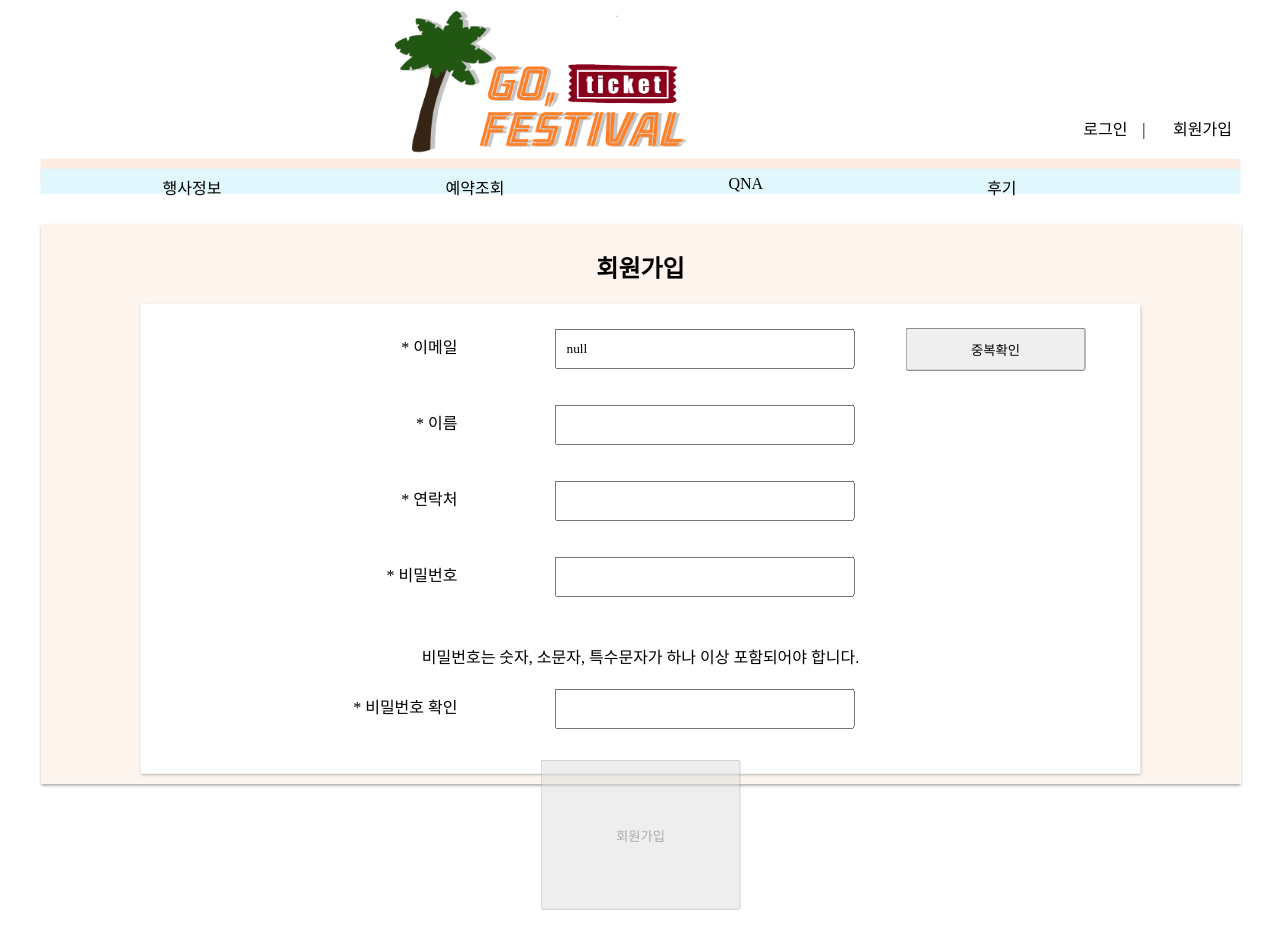
Repository: Changgyu1/Chang_Gu
Page: http://localhost/Project/register.jsp
The author's editor kept a copy of each file at every save. The page is drawn from the files as they stood at one save, then again after the next save.
The browser window is 1280 px wide. The pictures show the whole page.
Some web fonts or font styles are not loaded; a fallback is used. The page is served by Tomcat 9.

Above is the page before, as saved 2023-11-16 05:11:39.

After the next save:
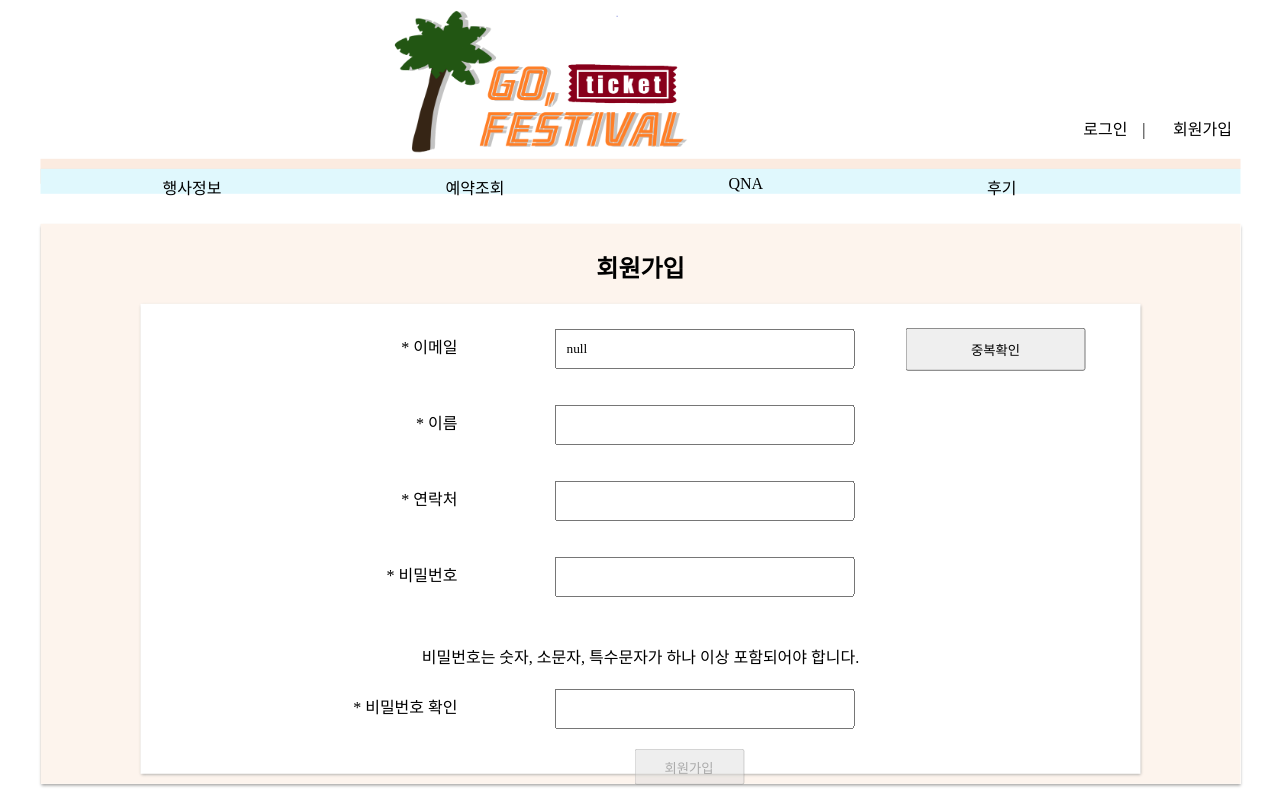
Saved 98 s later.
--- a/Project/src/main/webapp/register.jsp
+++ b/Project/src/main/webapp/register.jsp
@@ -66,8 +66,9 @@ padding: 10px;
         width: 300px;
         }
         #register-add{
-        width: 200px;
-        height: 150px;
+   margin: -11px 0px 0px 97px;
+    width: 110px;
+    height: 36px;
         }
     </style>
 </head>
